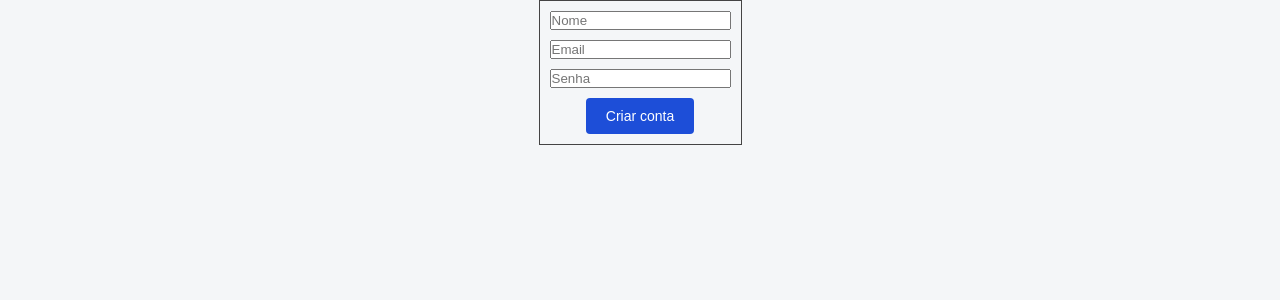
Repository: juvencio009/infratech-web
Page: register.html
An editor plug-in stored every save of this project. The page is shown before and after a run of saves, followed by the edit.
The browser window is 1280 px wide. The pictures show the whole page.

Above is the page before, as saved 2025-12-18 14:58:44.

After the next 2 saves:
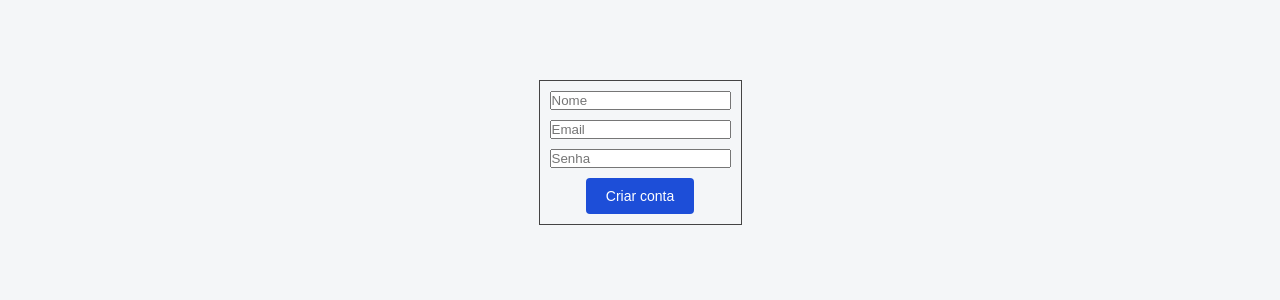
The 2 saves are shown as one change because they came seconds apart.
The last was saved 15 s later.
--- a/register.html
+++ b/register.html
@@ -12,7 +12,7 @@ justify-content: center;">
     <form id="registerForm" style="border: 1px solid #444;padding: 10px;display: flex;
 align-items: center;
 justify-content: center;flex-flow: column;
-gap: 10px;">
+gap: 10px; margin-top: 80px;">
            <input type="text" id="name" placeholder="Nome" required />
             <input type="email" id="email" placeholder="Email" required />
             <input type="password" id="password" placeholder="Senha" required />
